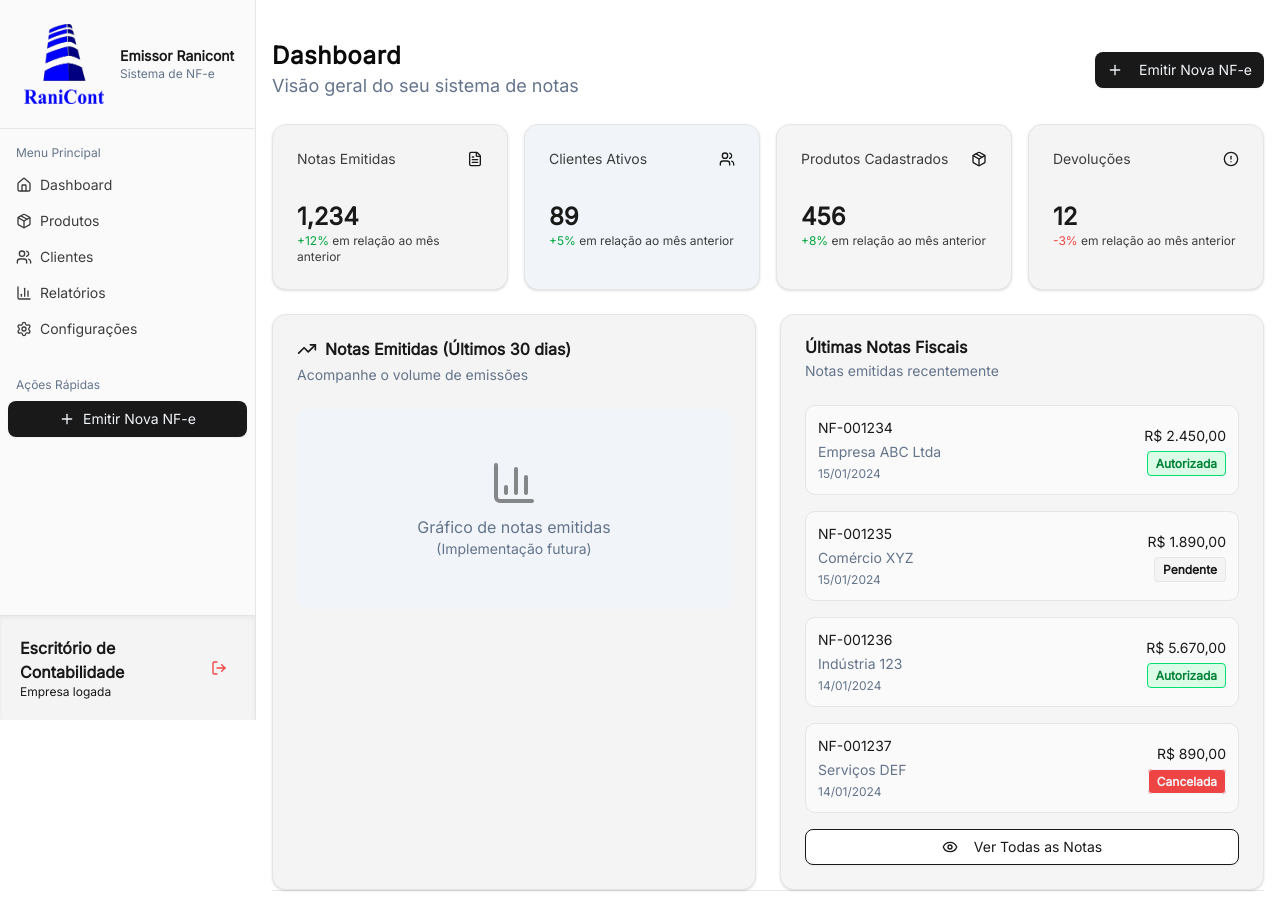
Repository: vinimx/emissor-ranicont
Page: /dashboard
An editor plug-in stored every save of this project. The page is shown before and after the next save, followed by the edit.
The browser window is 1280 px wide. The pictures show the whole page.
The project was rebuilt for these pictures with package versions that can differ from the ones it lists, and the page was loaded fresh each time. Also part of the build but not shown: vite.config.js, src/components/ui/input.jsx, src/components/ui/label.jsx, src/components/Auth/Login/index.jsx, src/components/Auth/Cadastrar/index.jsx, src/components/ui/separator.jsx, src/components/ui/sheet.jsx, src/components/ui/skeleton.jsx and 2 more.

Above is the page before, as saved 2025-06-20 09:56:56.

### index.html
<!DOCTYPE html>
<html lang="en">
  <head>
    <meta charset="UTF-8" />
    <link rel="icon" type="image/svg+xml" href="/vite.svg" />
    <meta name="viewport" content="width=device-width, initial-scale=1.0" />
    <title>Emissor Ranicont</title>
  </head>
  <body>
    <div id="root"></div>
    <script type="module" src="/src/main.jsx"></script>
  </body>
</html>

### src/main.jsx
import "./index.css";
import React from "react";
import ReactDOM from "react-dom/client";
import { BrowserRouter } from "react-router-dom";
import App from "./App";

ReactDOM.createRoot(document.getElementById("root")).render(
  <React.StrictMode>
    <BrowserRouter>
      <App />
    </BrowserRouter>
  </React.StrictMode>
);

### src/App.jsx
import { Routes, Route } from "react-router-dom";
import Login from "./components/Auth/Login";
import Cadastrar from "./components/Auth/Cadastrar";
import Dashboard from "./components/Dashboard";
import Produtos from "./components/Produtos";

function App() {
  return (
    <Routes>
      <Route path="/login" element={<Login />} />
      <Route path="/cadastrar" element={<Cadastrar />} />
      <Route path="/dashboard" element={<Dashboard />} />
      <Route path="/produtos" element={<Produtos />} />
    </Routes>
  );
}

export default App;

### src/components/Dashboard/index.jsx
import { SidebarProvider } from "@/components/ui/sidebar";
import MenuSideBar from "../SideBar";
import LayoutComSidebar from "../MobileSideBar"; // ajuste o caminho se necessário
import HeaderPagina from "../HeaderPagina";
import { Menu, Plus } from "lucide-react";
import { Button } from "../ui/button";
import { Link } from "react-router-dom";
import {
  Card,
  CardContent,
  CardDescription,
  CardHeader,
  CardTitle,
} from "@/components/ui/card";
import {
  FileText,
  Users,
  Package,
  AlertCircle,
  TrendingUp,
  BarChart3,
  Eye,
} from "lucide-react";
import { Badge } from "@/components/ui/badge";

const estatisticas = [
  {
    titulo: "Notas Emitidas",
    value: "1,234",
    change: "+12%",
    icon: FileText,
    cor: "text-blue-600",
  },
  {
    titulo: "Clientes Ativos",
    value: "89",
    change: "+5%",
    icon: Users,
    cor: "text-green-600",
  },
  {
    titulo: "Produtos Cadastrados",
    value: "456",
    change: "+8%",
    icon: Package,
    cor: "text-purple-600",
  },
  {
    titulo: "Devoluções",
    value: "12",
    change: "-3%",
    icon: AlertCircle,
    cor: "text-orange-600",
  },
];

const notasRecentes = [
  {
    id: "NF-001234",
    cliente: "Empresa ABC Ltda",
    value: "R$ 2.450,00",
    status: "Autorizada",
    data: "15/01/2024",
  },
  {
    id: "NF-001235",
    cliente: "Comércio XYZ",
    value: "R$ 1.890,00",
    status: "Pendente",
    data: "15/01/2024",
  },
  {
    id: "NF-001236",
    cliente: "Indústria 123",
    value: "R$ 5.670,00",
    status: "Autorizada",
    data: "14/01/2024",
  },
  {
    id: "NF-001237",
    cliente: "Serviços DEF",
    value: "R$ 890,00",
    status: "Cancelada",
    data: "14/01/2024",
  },
];

export default function Dashboard() {
  return (
    <SidebarProvider>
      <LayoutComSidebar>
        <div className="mt-20 md:mt-10 m-4 space-y-6 border-b border-[var(--sidebar-borda)]">
          <HeaderPagina
            titulo="Dashboard"
            subtitulo="Visão geral do seu sistema de notas"
            acao={
              <Button
                asChild
                className="bg-[var(--sidebar-primaria)] text-[var(--primaria-texto)] font-medium transition-colors hover:bg-[var(--primaria-hover)] rounded-[var(--raio)]"
              >
                <Link to="/dashboard/notas/new">
                  <Plus className="h-4 w-4 mr-2" />
                  Emitir Nova NF-e
                </Link>
              </Button>
            }
          />

          {/* Estatísticas */}
          <div className="grid gap-4 md:grid-cols-2 lg:grid-cols-4">
            {estatisticas.map((estat, idx) => {
              // Defina cores de fundo e hover para cada card
              let bg = "bg-[var(--sidebar-destaque)]";
              let hover = "hover:bg-[var(--sidebar-accent)]";
              let text = "text-[var(--sidebar-texto)]";
              let icon = "text-[var(--sidebar-primaria)]";
              let value = "text-[var(--sidebar-primaria)]";
              let changePlus = "text-green-600";
              let changeMinus = "text-[var(--destrutivo)]";

              if (idx === 1) {
                bg = "bg-[var(--suave)]";
                hover = "hover:bg-[var(--sidebar-destaque)]";
              }
              if (idx === 2) {
                bg = "bg-[var(--sidebar-accent)]";
                hover = "hover:bg-[var(--suave)]";
              }

              return (
                <Card
                  key={estat.titulo}
                  className={`transition-shadow hover:shadow-lg cursor-pointer ${bg} ${hover}`}
                >
                  <CardHeader className="flex flex-row items-center justify-between space-y-0 pb-2">
                    <CardTitle className={`text-sm font-medium ${text}`}>
                      {estat.titulo}
                    </CardTitle>
                    <estat.icon className={`h-4 w-4 ${icon}`} />
                  </CardHeader>
                  <CardContent>
                    <div className={`text-2xl font-bold ${value}`}>
                      {estat.value}
                    </div>
                    <p className={`text-xs ${text}`}>
                      <span
                        className={
                          estat.change.startsWith("+")
                            ? changePlus
                            : changeMinus
                        }
                      >
                        {estat.change}
                      </span>{" "}
                      em relação ao mês anterior
                    </p>
                  </CardContent>
                </Card>
              );
            })}
          </div>

          {/* Gráfico e Notas Recentes */}
          <div className="grid gap-6 md:grid-cols-2">
            {/* Chart Card */}
            <Card className="md:col-span-1 bg-[var(--sidebar-destaque)] hover:bg-[var(--sidebar-accent)] transition-colors">
              <CardHeader>
                <CardTitle className="flex items-center gap-2 text-[var(--sidebar-primaria)]">
                  <TrendingUp className="h-5 w-5 text-[var(--sidebar-primaria)]" />
                  Notas Emitidas (Últimos 30 dias)
                </CardTitle>
                <CardDescription className="text-[var(--suave-texto)]">
                  Acompanhe o volume de emissões
                </CardDescription>
              </CardHeader>
              <CardContent>
                <div className="h-[200px] flex items-center justify-center bg-[var(--suave)] rounded-lg">
                  <div className="text-center text-[var(--suave-texto)]">
                    <BarChart3 className="h-12 w-12 mx-auto mb-2 opacity-50 text-[var(--sidebar-primaria)]" />
                    <p>Gráfico de notas emitidas</p>
                    <p className="text-sm">(Implementação futura)</p>
                  </div>
                </div>
              </CardContent>
            </Card>

            {/* Notas Recentes */}
            <Card className="md:col-span-1 bg-[var(--sidebar-accent)] hover:bg-[var(--sidebar-destaque)] transition-colors">
              <CardHeader>
                <CardTitle className="text-[var(--sidebar-accent-foreground)]">
                  Últimas Notas Fiscais
                </CardTitle>
                <CardDescription className="text-[var(--suave-texto)]">
                  Notas emitidas recentemente
                </CardDescription>
              </CardHeader>
              <CardContent>
                <div className="space-y-4">
                  {notasRecentes.map((notasDashboard) => (
                    <div
                      key={notasDashboard.id}
                      className="flex items-center justify-between p-3 border rounded-lg bg-[var(--sidebar-fundo)] hover:shadow transition-shadow"
                    >
                      <div className="space-y-1">
                        <p className="font-medium text-sm text-[var(--sidebar-primaria)]">
                          {notasDashboard.id}
                        </p>
                        <p className="text-sm text-[var(--suave-texto)]">
                          {notasDashboard.cliente}
                        </p>
                        <p className="text-xs text-[var(--suave-texto)]">
                          {notasDashboard.data}
                        </p>
                      </div>
                      <div className="text-right space-y-1">
                        <p className="font-medium text-sm text-[var(--sidebar-primaria)]">
                          {notasDashboard.value}
                        </p>
                        <span
                          className={`
                        px-2 py-1 rounded text-xs font-semibold border
                        ${
                          notasDashboard.status === "Autorizada"
                            ? "bg-green-100 text-green-700 border-green-400"
                            : notasDashboard.status === "Pendente"
                            ? "bg-[var(--sidebar-destaque)] text-[var(--sidebar-destaque-texto)] border-[var(--sidebar-borda)]"
                            : "bg-[var(--destrutivo)] text-[var(--destrutivo-texto)] border-[var(--destrutivo-texto)]"
                        }
                      `}
                        >
                          {notasDashboard.status}
                        </span>
                      </div>
                    </div>
                  ))}
                </div>
                <Button
                  variant="outline"
                  className="w-full mt-4 border-[var(--sidebar-primaria)] text-[var(--sidebar-primaria)] hover:bg-[var(--sidebar-primaria)] hover:text-[var(--sidebar-primaria-texto)] transition-colors"
                  asChild
                >
                  <Link to="/dashboard/notas">
                    <Eye className="h-4 w-4 mr-2" />
                    Ver Todas as Notas
                  </Link>
                </Button>
              </CardContent>
            </Card>
          </div>
        </div>
      </LayoutComSidebar>
    </SidebarProvider>
  );
}

### src/components/ui/button.jsx
import * as React from "react"
import { Slot } from "@radix-ui/react-slot"
import { cva } from "class-variance-authority";

import { cn } from "@/lib/utils"

const buttonVariants = cva(
  "inline-flex items-center justify-center gap-2 whitespace-nowrap rounded-md text-sm font-medium transition-all disabled:pointer-events-none disabled:opacity-50 [&_svg]:pointer-events-none [&_svg:not([class*='size-'])]:size-4 shrink-0 [&_svg]:shrink-0 outline-none focus-visible:border-ring focus-visible:ring-ring/50 focus-visible:ring-[3px] aria-invalid:ring-destructive/20 dark:aria-invalid:ring-destructive/40 aria-invalid:border-destructive",
  {
    variants: {
      variant: {
        default:
          "bg-primary text-primary-foreground shadow-xs hover:bg-primary/90",
        destructive:
          "bg-destructive text-white shadow-xs hover:bg-destructive/90 focus-visible:ring-destructive/20 dark:focus-visible:ring-destructive/40 dark:bg-destructive/60",
        outline:
          "border bg-background shadow-xs hover:bg-accent hover:text-accent-foreground dark:bg-input/30 dark:border-input dark:hover:bg-input/50",
        secondary:
          "bg-secondary text-secondary-foreground shadow-xs hover:bg-secondary/80",
        ghost:
          "hover:bg-accent hover:text-accent-foreground dark:hover:bg-accent/50",
        link: "text-primary underline-offset-4 hover:underline",
      },
      size: {
        default: "h-9 px-4 py-2 has-[>svg]:px-3",
        sm: "h-8 rounded-md gap-1.5 px-3 has-[>svg]:px-2.5",
        lg: "h-10 rounded-md px-6 has-[>svg]:px-4",
        icon: "size-9",
      },
    },
    defaultVariants: {
      variant: "default",
      size: "default",
    },
  }
)

function Button({
  className,
  variant,
  size,
  asChild = false,
  ...props
}) {
  const Comp = asChild ? Slot : "button"

  return (
    <Comp
      data-slot="button"
      className={cn(buttonVariants({ variant, size, className }))}
      {...props} />
  );
}

export { Button, buttonVariants }

### src/components/ui/card.jsx
import * as React from "react"

import { cn } from "@/lib/utils"

function Card({
  className,
  ...props
}) {
  return (
    <div
      data-slot="card"
      className={cn(
        "bg-card text-card-foreground flex flex-col gap-6 rounded-xl border py-6 shadow-sm",
        className
      )}
      {...props} />
  );
}

function CardHeader({
  className,
  ...props
}) {
  return (
    <div
      data-slot="card-header"
      className={cn(
        "@container/card-header grid auto-rows-min grid-rows-[auto_auto] items-start gap-1.5 px-6 has-data-[slot=card-action]:grid-cols-[1fr_auto] [.border-b]:pb-6",
        className
      )}
      {...props} />
  );
}

function CardTitle({
  className,
  ...props
}) {
  return (
    <div
      data-slot="card-title"
      className={cn("leading-none font-semibold", className)}
      {...props} />
  );
}

function CardDescription({
  className,
  ...props
}) {
  return (
    <div
      data-slot="card-description"
      className={cn("text-muted-foreground text-sm", className)}
      {...props} />
  );
}

function CardAction({
  className,
  ...props
}) {
  return (
    <div
      data-slot="card-action"
      className={cn(
        "col-start-2 row-span-2 row-start-1 self-start justify-self-end",
        className
      )}
      {...props} />
  );
}

function CardContent({
  className,
  ...props
}) {
  return (<div data-slot="card-content" className={cn("px-6", className)} {...props} />);
}

function CardFooter({
  className,
  ...props
}) {
  return (
    <div
      data-slot="card-footer"
      className={cn("flex items-center px-6 [.border-t]:pt-6", className)}
      {...props} />
  );
}

export {
  Card,
  CardHeader,
  CardFooter,
  CardTitle,
  CardAction,
  CardDescription,
  CardContent,
}

### src/components/Logo/index.jsx
import React from "react";
import logoEmissor from "/assets/images/logo.png";

const Logo = () => {
  return (
    <a href="#">
      <img src={logoEmissor} alt="Logo Emissor" className="h-20 w-20" />
    </a>
  );
};

export default Logo;

### src/components/MobileSideBar/index.jsx
import { SidebarProvider } from "@/components/ui/sidebar";
import MenuSideBar from "../SideBar";
import { useSidebar } from "@/components/ui/sidebar";
import { useEffect } from "react";
import { Menu } from "lucide-react";

export default function LayoutComSidebar({ children }) {
  const { isMobile, openMobile, setOpenMobile } = useSidebar();

  useEffect(() => {
    if (!isMobile && openMobile) setOpenMobile(false);
  }, [isMobile, openMobile, setOpenMobile]);

  const handleHamburgerClick = (e) => {
    e.stopPropagation();
    setOpenMobile(!openMobile);
  };

  return (
    <>
      {/* Botão menu-hamburger fora do Sheet quando fechado */}
      {isMobile && !openMobile && (
        <button
          className="md:hidden fixed top-4 left-4 z-[999] bg-[var(--primaria)] text-white p-2 shadow-lg border-2 rounded-[var(--raio)] border-[var(--sidebar-borda)]"
          onClick={handleHamburgerClick}
          aria-label="Abrir menu"
          type="button"
        >
          <Menu className="h-6 w-6" style={{ color: "var(--destaque)" }} />
        </button>
      )}
      <div className="flex">
        <MenuSideBar />
        <div className="flex-1">{children}</div>
      </div>
    </>
  );
}

### src/components/HeaderPagina/index.jsx
import React from "react";

export default function HeaderPagina({ titulo, subtitulo, acao, children }) {
  return (
    <div className="flex items-center justify-between">
      <div>
        <h2 className="text-2xl font-bold tracking-wide">{titulo}</h2>
        {subtitulo && (
          <p className="text-lg" style={{ color: "var(--suave-texto)" }}>
            {subtitulo}
          </p>
        )}
        {children}
      </div>
      {acao && <div>{acao}</div>}
    </div>
  );
}

### src/components/ui/tooltip.jsx
"use client"

import * as React from "react"
import * as TooltipPrimitive from "@radix-ui/react-tooltip"

import { cn } from "@/lib/utils"

function TooltipProvider({
  delayDuration = 0,
  ...props
}) {
  return (<TooltipPrimitive.Provider data-slot="tooltip-provider" delayDuration={delayDuration} {...props} />);
}

function Tooltip({
  ...props
}) {
  return (
    <TooltipProvider>
      <TooltipPrimitive.Root data-slot="tooltip" {...props} />
    </TooltipProvider>
  );
}

function TooltipTrigger({
  ...props
}) {
  return <TooltipPrimitive.Trigger data-slot="tooltip-trigger" {...props} />;
}

function TooltipContent({
  className,
  sideOffset = 0,
  children,
  ...props
}) {
  return (
    <TooltipPrimitive.Portal>
      <TooltipPrimitive.Content
        data-slot="tooltip-content"
        sideOffset={sideOffset}
        className={cn(
          "bg-primary text-primary-foreground animate-in fade-in-0 zoom-in-95 data-[state=closed]:animate-out data-[state=closed]:fade-out-0 data-[state=closed]:zoom-out-95 data-[side=bottom]:slide-in-from-top-2 data-[side=left]:slide-in-from-right-2 data-[side=right]:slide-in-from-left-2 data-[side=top]:slide-in-from-bottom-2 z-50 w-fit origin-(--radix-tooltip-content-transform-origin) rounded-md px-3 py-1.5 text-xs text-balance",
          className
        )}
        {...props}>
        {children}
        <TooltipPrimitive.Arrow
          className="bg-primary fill-primary z-50 size-2.5 translate-y-[calc(-50%_-_2px)] rotate-45 rounded-[2px]" />
      </TooltipPrimitive.Content>
    </TooltipPrimitive.Portal>
  );
}

export { Tooltip, TooltipTrigger, TooltipContent, TooltipProvider }

Loaded but not shown: src/lib/utils.js (common file); src/hooks/use-mobile.js (common file); src/components/ui/sidebar.jsx (681 lines, source omitted); src/index.css (181 lines, source omitted); src/components/SideBar/index.jsx (158 lines, source omitted)

After the next save:
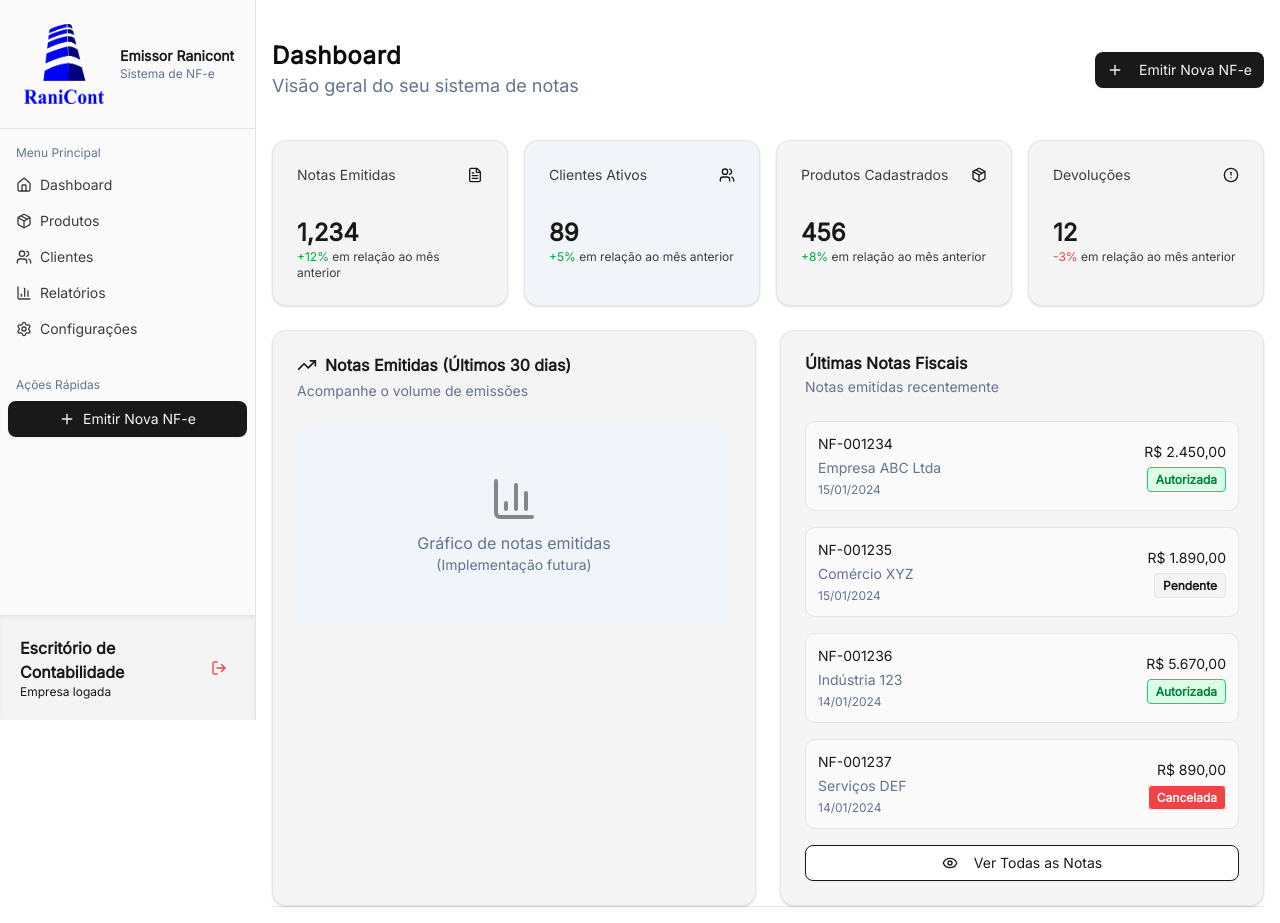
Saved 4 min 29 s later.
--- a/src/components/Dashboard/index.jsx
+++ b/src/components/Dashboard/index.jsx
@@ -107,7 +107,7 @@
           />
 
           {/* Estatísticas */}
-          <div className="grid gap-4 md:grid-cols-2 lg:grid-cols-4">
+          <div className="grid mt-10 gap-4 md:grid-cols-2 lg:grid-cols-4">
             {estatisticas.map((estat, idx) => {
               // Defina cores de fundo e hover para cada card
               let bg = "bg-[var(--sidebar-destaque)]";

After the save that followed:
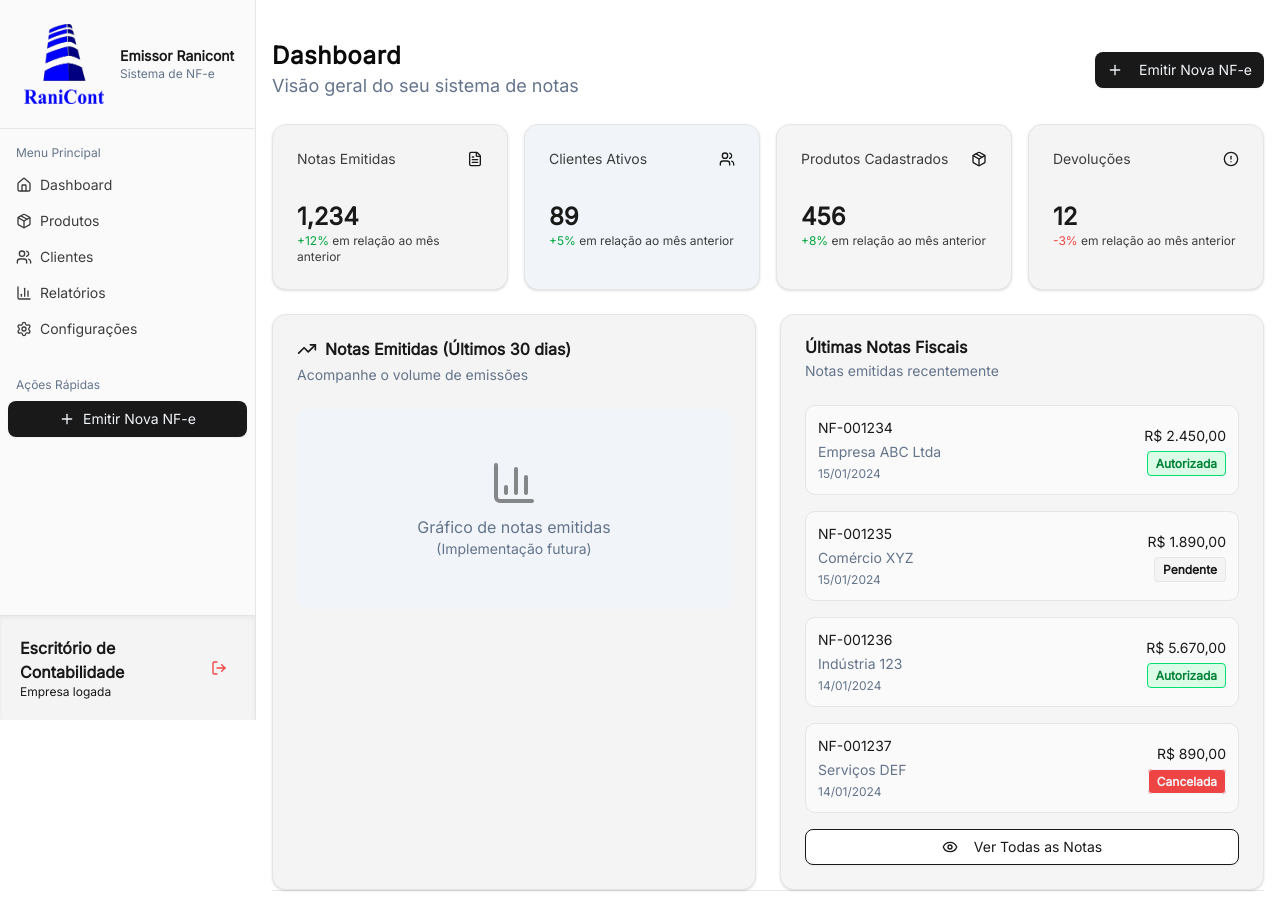
Saved 12 s later.
--- a/src/components/Dashboard/index.jsx
+++ b/src/components/Dashboard/index.jsx
@@ -107,7 +107,7 @@
           />
 
           {/* Estatísticas */}
-          <div className="grid mt-10 gap-4 md:grid-cols-2 lg:grid-cols-4">
+          <div className="grid gap-4 md:grid-cols-2 lg:grid-cols-4">
             {estatisticas.map((estat, idx) => {
               // Defina cores de fundo e hover para cada card
               let bg = "bg-[var(--sidebar-destaque)]";
